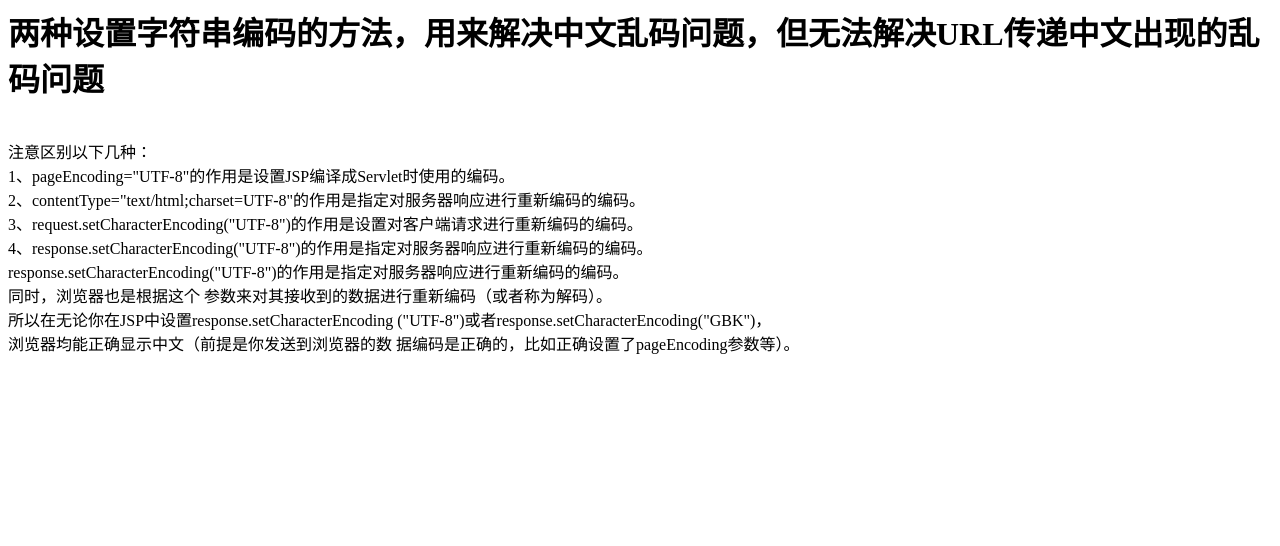
Repository: Fuhai-Chen/javaweb
Page: http://localhost/Chapter_4_example/setCEncoding.jsp
The author's editor kept a copy of each file at every save. The page is drawn from the files as they stood at one save, then again after the next save.
The browser window is 1280 px wide. The pictures show the whole page.
The page is served by Tomcat 9.

Above is the page before, as saved 2020-09-23 08:04:55.

### Chapter_4_example/WebRoot/setCEncoding.jsp
<%@ page language="java" import="java.util.*" pageEncoding="UTF-8"%>
<%
String path = request.getContextPath();
String basePath = request.getScheme()+"://"+request.getServerName()+":"+request.getServerPort()+path+"/";
%>

<!DOCTYPE HTML PUBLIC "-//W3C//DTD HTML 4.01 Transitional//EN">
<html>
  <head>
    <base href="<%=basePath%>">

    <title>My JSP 'setCEncoding.jsp' starting page</title>

	<meta http-equiv="pragma" content="no-cache">
	<meta http-equiv="cache-control" content="no-cache">
	<meta http-equiv="expires" content="0">
	<meta http-equiv="keywords" content="keyword1,keyword2,keyword3">
	<meta http-equiv="description" content="This is my page">
	<!--
	<link rel="stylesheet" type="text/css" href="styles.css">
	-->

  </head>

  <body>
    <h1>两种设置字符串编码的方法，用来解决中文乱码问题，但无法解决URL传递中文出现的乱码问题</h1> <br>
    注意区别以下几种：<br>
1、pageEncoding="UTF-8"的作用是设置JSP编译成Servlet时使用的编码。 <br>
2、contentType="text/html;charset=UTF-8"的作用是指定对服务器响应进行重新编码的编码。 <br>
3、request.setCharacterEncoding("UTF-8")的作用是设置对客户端请求进行重新编码的编码。<br>
4、response.setCharacterEncoding("UTF-8")的作用是指定对服务器响应进行重新编码的编码。 <br>
response.setCharacterEncoding("UTF-8")的作用是指定对服务器响应进行重新编码的编码。<br>
同时，浏览器也是根据这个 参数来对其接收到的数据进行重新编码（或者称为解码）。<br>
所以在无论你在JSP中设置response.setCharacterEncoding ("UTF-8")或者response.setCharacterEncoding("GBK")，<br>
浏览器均能正确显示中文（前提是你发送到浏览器的数 据编码是正确的，比如正确设置了pageEncoding参数等）。<br>


  </body>
</html>

After the next save:
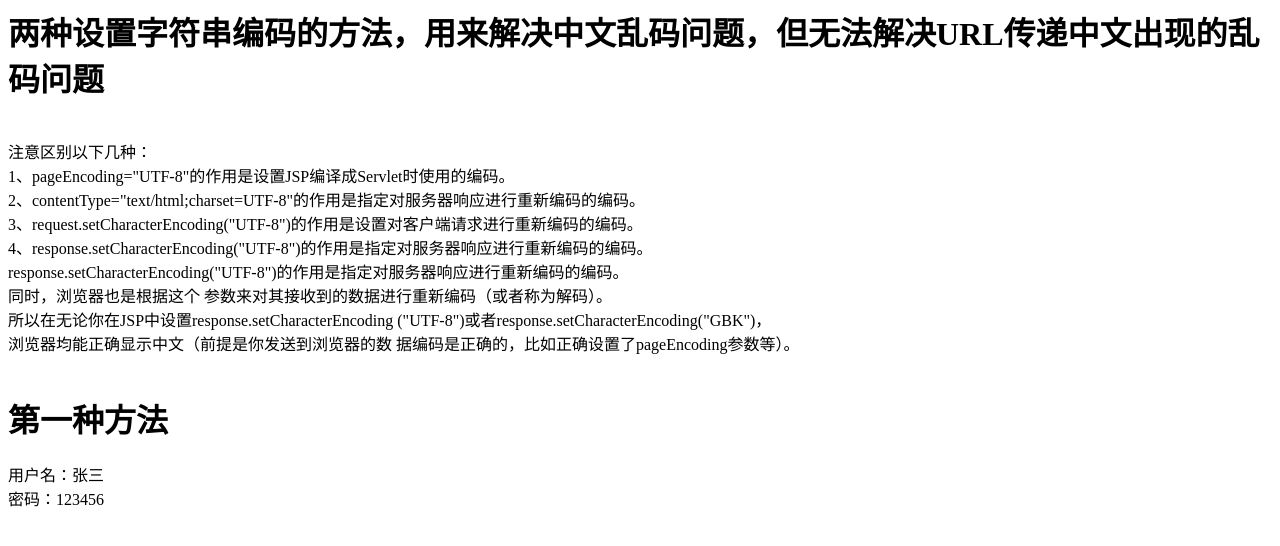
Saved 7 min 14 s later.
--- a/Chapter_4_example/WebRoot/setCEncoding.jsp
+++ b/Chapter_4_example/WebRoot/setCEncoding.jsp
@@ -33,6 +33,16 @@ response.setCharacterEncoding("UTF-8")的作用是指定对服务器响应进行
 同时，浏览器也是根据这个 参数来对其接收到的数据进行重新编码（或者称为解码）。<br>
 所以在无论你在JSP中设置response.setCharacterEncoding ("UTF-8")或者response.setCharacterEncoding("GBK")，<br>
 浏览器均能正确显示中文（前提是你发送到浏览器的数 据编码是正确的，比如正确设置了pageEncoding参数等）。<br>
+<br>
+<h1>第一种方法</h1>
+<%
+	//在所有的set。。和get。。之前使用request.setCharacterEncoding("utf-8");方法，优点是写一次就好
+	request.setCharacterEncoding("utf-8");
+	request.setAttribute("username","张三");
+	request.setAttribute("password","123456");
+ %>
+用户名：<%=request.getAttribute("username") %><br>
+密码：<%=request.getAttribute("password") %>
 
 
   </body>
